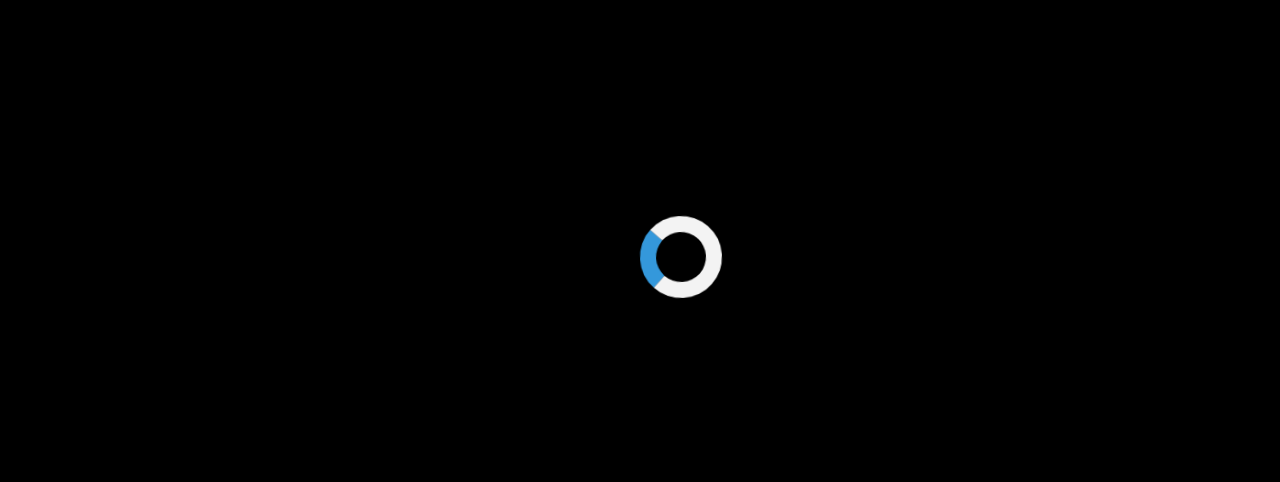
Repository: TaewookKwak/movie-app
Page: /
An editor plug-in stored every save of this project. The page is shown before and after the next save, followed by the edit.
The browser window is 1280 px wide. The pictures show the whole page.
The page's requests for data from a server got no answer. Some web libraries are served in a nearby version. The project was rebuilt for these pictures with package versions that can differ from the ones it lists, and the page was loaded fresh each time. No one was signed in, and anything a server would have sent is missing. Also part of the build but not shown: src/routes/Detail.module.css, src/routes/Detail.js, src/components/Movie.module.css, src/components/Movie.js.

Above is the page before, as saved 2021-12-20 18:12:41.

After the next save:
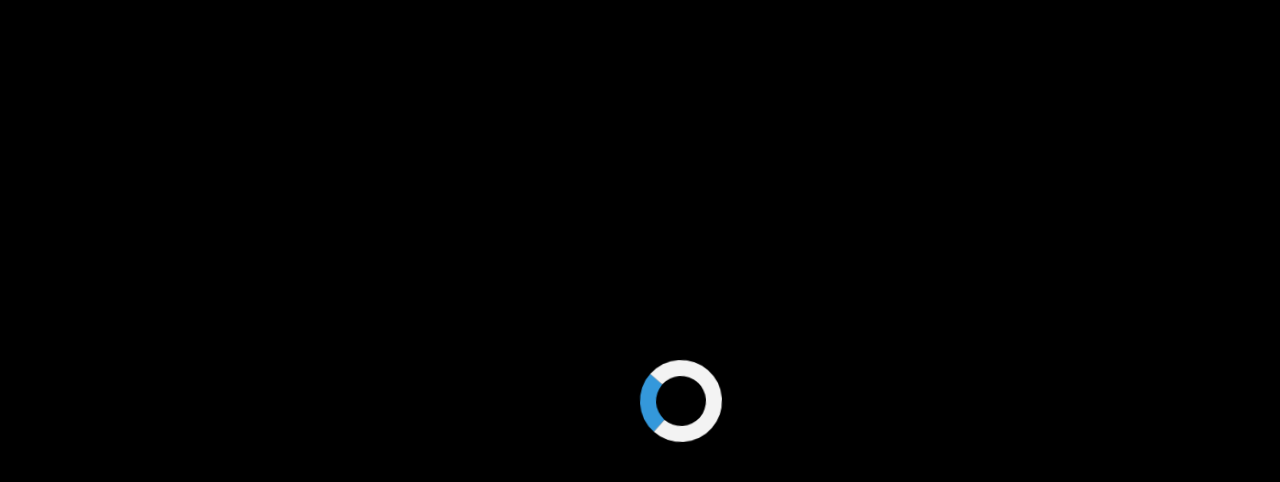
Saved 17 s later.
--- a/src/routes/Home.module.css
+++ b/src/routes/Home.module.css
@@ -1,6 +1,6 @@
 .loader {
     position: absolute;
-    top :30%;
+    top :50%;
     left :50%;
     border: 16px solid #f3f3f3; /* Light grey */
     border-top: 16px solid #3498db; /* Blue */
